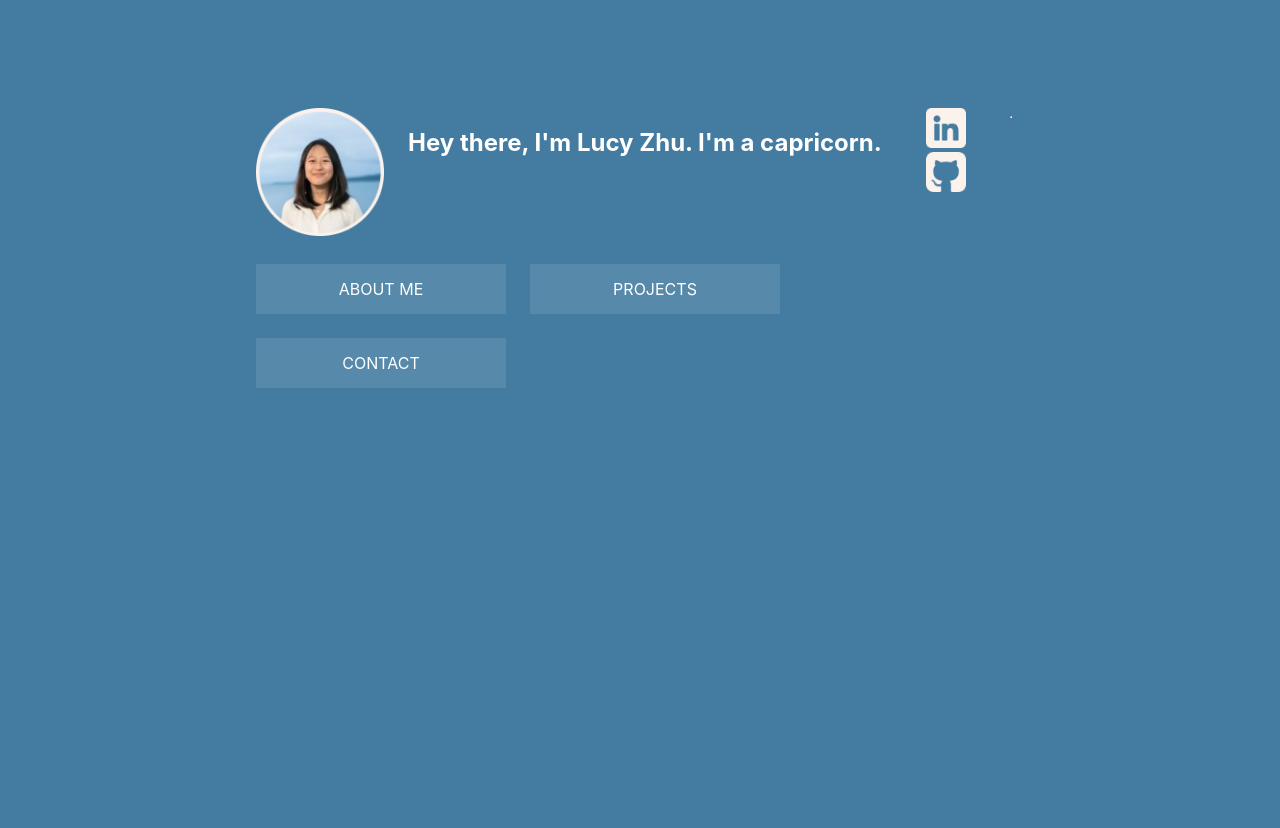
Repository: lukisoo/lukisoo-portfolio
Page: /
An editor plug-in stored every save of this project. The page is shown before and after the next save, followed by the edit.
The browser window is 1280 px wide. The pictures show the whole page.
The project was rebuilt for these pictures with package versions that can differ from the ones it lists, and the page was loaded fresh each time.

Above is the page before, as saved 2022-07-31 05:25:06.

### public/index.html
<!DOCTYPE html>
<html lang="en">
  <head>
    <meta charset="utf-8" />
    <link rel="icon" href="%PUBLIC_URL%/favicon.ico" />
    <meta name="viewport" content="width=device-width, initial-scale=1" />
    <meta name="theme-color" content="#000000" />
    <meta
      name="description"
      content="Web site created using create-react-app"
    />
    <link rel="apple-touch-icon" href="%PUBLIC_URL%/logo192.png" />
    <!--
      manifest.json provides metadata used when your web app is installed on a
      user's mobile device or desktop. See https://developers.google.com/web/fundamentals/web-app-manifest/
    -->
    <link rel="manifest" href="%PUBLIC_URL%/manifest.json" />
    <!--
      Notice the use of %PUBLIC_URL% in the tags above.
      It will be replaced with the URL of the `public` folder during the build.
      Only files inside the `public` folder can be referenced from the HTML.

      Unlike "/favicon.ico" or "favicon.ico", "%PUBLIC_URL%/favicon.ico" will
      work correctly both with client-side routing and a non-root public URL.
      Learn how to configure a non-root public URL by running `npm run build`.
    -->
    <title>Lucy Zhu's Portfolio</title>
  </head>
  <body>
    <noscript>You need to enable JavaScript to run this app.</noscript>
    <div id="root"></div>
    <!--
      This HTML file is a template.
      If you open it directly in the browser, you will see an empty page.

      You can add webfonts, meta tags, or analytics to this file.
      The build step will place the bundled scripts into the <body> tag.

      To begin the development, run `npm start` or `yarn start`.
      To create a production bundle, use `npm run build` or `yarn build`.
    -->
  </body>
</html>

### src/index.js
import React from "react";
import {
  BrowserRouter as Router,
  Route,
  BrowserRouter,
} from "react-router-dom";
import ReactDOM from "react-dom/client";
import "./index.css";
import App from "./App";
import reportWebVitals from "./reportWebVitals";

const root = ReactDOM.createRoot(document.getElementById("root"));
root.render(
  <React.StrictMode>
    <BrowserRouter>
        <App />
    </BrowserRouter>
  </React.StrictMode>
);

// If you want to start measuring performance in your app, pass a function
// to log results (for example: reportWebVitals(console.log))
// or send to an analytics endpoint. Learn more: https://bit.ly/CRA-vitals
reportWebVitals();

### src/index.css
@import url('https://fonts.googleapis.com/css2?family=Source+Sans+Pro:ital,wght@0,200;0,300;0,400;0,600;0,700;0,900;1,200;1,300;1,400;1,600;1,700;1,900&display=swap');

body {
  margin: 0;
  font-family: -apple-system, BlinkMacSystemFont, 'Segoe UI', 'Roboto', 'Oxygen',
    'Ubuntu', 'Cantarell', 'Fira Sans', 'Droid Sans', 'Helvetica Neue',
    sans-serif;
  -webkit-font-smoothing: antialiased;
  -moz-osx-font-smoothing: grayscale;
  background-color: #447BA1;
  color: white;
  /* font-family: 'Source Sans Pro', sans-serif; */
}

code {
  font-family: source-code-pro, Menlo, Monaco, Consolas, 'Courier New',
    monospace;
}

### src/App.js
import "./App.css";

import { Link } from "react-router-dom";
import Grid from "@mui/material/Grid";

import ProfilePhoto from "./images/header/profile-photo.png";
import LinkedinLogo from "./images/header/linkedin-logo.png";
import GithubLogo from "./images/header/github-logo.png";

function App() {
  return (
    <div className="App">
      <header className="full-section">
        <div className="section-content">
          <Grid container spacing={3}>
            <Grid item xs={12} md={12}>
              <img
                src={ProfilePhoto}
                className="profile-photo"
                alt="Profile Photo"
              />
            </Grid>
            <Grid item xs={12} md={12}>
              <h2>Hey there, I'm Lucy Zhu. I'm a capricorn.</h2>
            </Grid>
            <Grid item xs={12} md={12}>
              <a href="https://www.linkedin.com/in/lucyzhu613/">
                {" "}
                <img
                  src={LinkedinLogo}
                  className="social-logo"
                  alt="Linkedin Logo"
                />
              </a>
              <a href="https://github.com/lukisoo">
                <img
                  src={GithubLogo}
                  className="social-logo"
                  alt="Github Logo"
                />
              </a>
            </Grid>
            <Grid item xs={12} md={12}>
              <hr className="header-divider" />
            </Grid>
            <Grid item xs={12} md={4}>
              <div className="box-1">
                <div className="btn btn-one">
                  <span>ABOUT ME</span>
                </div>
              </div>
            </Grid>
            <Grid item xs={12} md={4}>
              <div className="box-1">
                <div className="btn btn-one">
                  <span>PROJECTS</span>
                </div>
              </div>
            </Grid>
            <Grid item xs={12} md={4}>
              <div className="box-1">
                <div className="btn btn-one">
                  <span>CONTACT</span>
                </div>
              </div>
            </Grid>
          </Grid>
        </div>
      </header>

      <section id="about-me-section"></section>

      <section id="projects-section"></section>

      <section id="contact-section"></section>
    </div>
  );
}

export default App;

### src/App.css
.App {
  text-align: center;
  margin: 0;
}

/* Section Content */
.full-section {
  height: 100vh;
  width: 100vw;
}

.section-content {
  width: 60vw;
  height: 70vh;
  margin: 0 auto 0 auto;
  margin-top: 15vh;
  /* background-color: red; */
}

/* Buttons */
.box-1 {
  /* background-color: hsl(0, 100%, 70%);  */
  width: 250px;
  margin: auto;
}

.btn {
	line-height: 50px;
	height: 50px;
	text-align: center;
	width: 250px;
	cursor: pointer;
}

.btn-one {
	color: #FFF;
	transition: all 0.3s;
	position: relative;
}
.btn-one span {
	transition: all 0.3s;
}
.btn-one::before {
	content: '';
	position: absolute;
	bottom: 0;
	left: 0;
	width: 100%;
	height: 100%;
	z-index: 1;
	opacity: 0;
	transition: all 0.3s;
	border-top-width: 1px;
	border-bottom-width: 1px;
	border-top-style: solid;
	border-bottom-style: solid;
	border-top-color: rgba(255,255,255,0.5);
	border-bottom-color: rgba(255,255,255,0.5);
	transform: scale(0.1, 1);
}
.btn-one:hover span {
	letter-spacing: 2px;
}
.btn-one:hover::before {
	opacity: 1;
	transform: scale(1, 1);
}
.btn-one::after {
	content: '';
	position: absolute;
	bottom: 0;
	left: 0;
	width: 100%;
	height: 100%;
	z-index: 1;
	transition: all 0.3s;
	background-color: rgba(255,255,255,0.1);
}
.btn-one:hover::after {
	opacity: 0;
	transform: scale(0.1, 1);
}

/* Header CSS */
.header-divider {
  color: white;
}

.profile-photo {
  width: 10vw;
  height: auto;
}

.social-logo {
  width: 40px;
  height: auto;
  padding: 0 1% 0 1%;
}

.social-logo:hover {
  opacity: 0.8;
  cursor: pointer;
}

Loaded but not shown: src/reportWebVitals.js (common file)

After the next save:
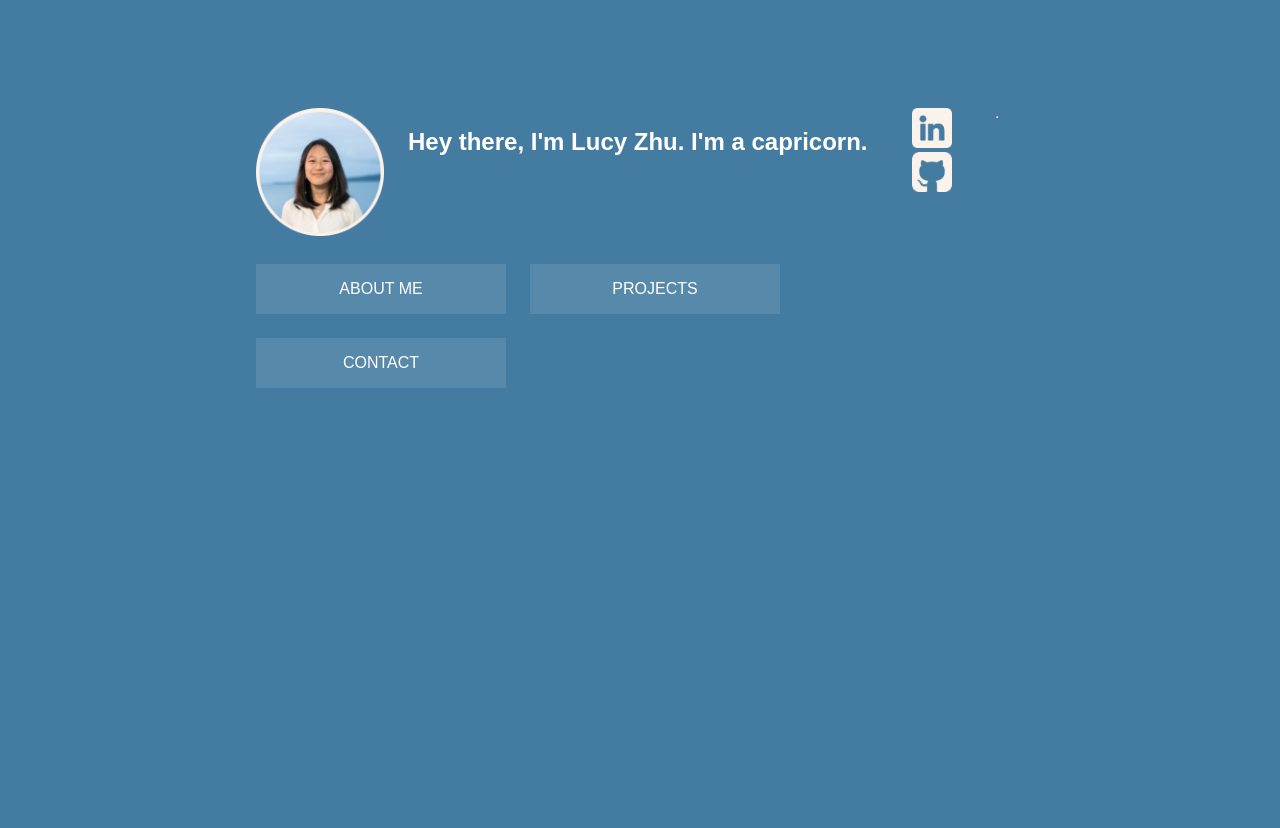
Saved 27 s later.
--- a/src/index.css
+++ b/src/index.css
@@ -2,9 +2,10 @@
 
 body {
   margin: 0;
-  font-family: -apple-system, BlinkMacSystemFont, 'Segoe UI', 'Roboto', 'Oxygen',
+  /* font-family: -apple-system, BlinkMacSystemFont, 'Segoe UI', 'Roboto', 'Oxygen',
     'Ubuntu', 'Cantarell', 'Fira Sans', 'Droid Sans', 'Helvetica Neue',
-    sans-serif;
+    sans-serif; */
+    font-family: sans-serif;
   -webkit-font-smoothing: antialiased;
   -moz-osx-font-smoothing: grayscale;
   background-color: #447BA1;
